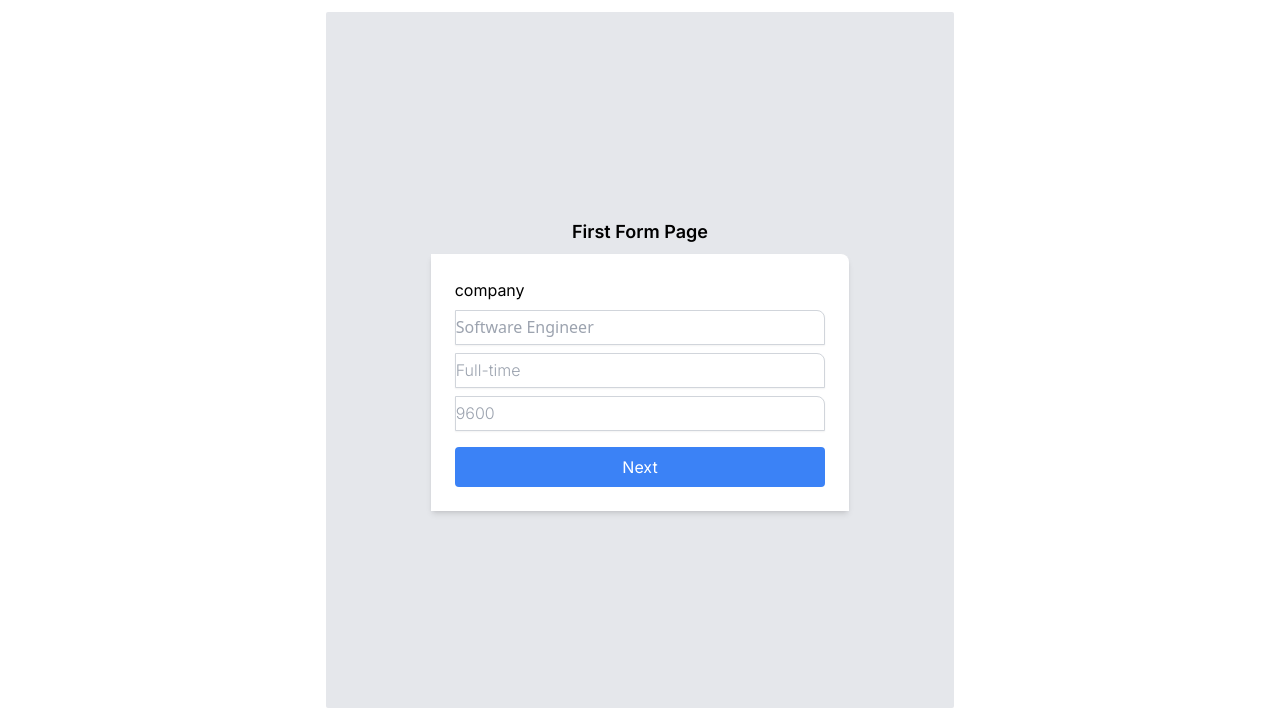
Repository: Abdibaye/Job-Sphere
Page: /form
The author's editor kept a copy of each file at every save. The page is drawn from the files as they stood at one save, then again after the next save.
The browser window is 1280 px wide. The pictures show the whole page.
The project was rebuilt for these pictures with package versions that can differ from the ones it lists, and the page was loaded fresh each time. Also part of the build but not shown: vite.config.js, src/components/search.jsx, src/components/navbar.jsx, src/pages/descriptionpage.jsx, src/components/job.jsx, src/components/feed.jsx, src/components/saved.jsx, src/components/filter.jsx and 4 more.

Above is the page before, as saved 2025-02-23 12:04:34.

### index.html
<!doctype html>
<html lang="en">
  <head>
    <meta charset="UTF-8" />
    <link rel="icon" type="image/svg+xml" href="/vite.svg" />

    <link rel="preconnect" href="https://fonts.googleapis.com">
    <link rel="preconnect" href="https://fonts.gstatic.com" crossorigin>
    <link href="https://fonts.googleapis.com/css2?family=Inter:ital,opsz,wght@0,14..32,100..900;1,14..32,100..900&family=Open+Sans:ital,wght@0,300..800;1,300..800&family=Poppins:wght@100;200;300;400;600;700&display=swap" rel="stylesheet">

    <meta name="viewport" content="width=device-width, initial-scale=1.0" />
    <title>Vite + React</title>
  </head>
  <body>
    <div id="root"></div>
    <script type="module" src="/src/main.jsx"></script>
  </body>
</html>

### src/main.jsx
import { StrictMode } from 'react'
import { createRoot } from 'react-dom/client'
import './index.css'
import App from './App.jsx'
import Description from './pages/descriptionpage.jsx'
import HomePage from './pages/homepage.jsx'

createRoot(document.getElementById('root')).render(
  <StrictMode>
    <App />
  </StrictMode>,
)

### src/App.jsx
import Navbar from "./components/navbar";
import Description from "./pages/descriptionpage";
import HomePage from "./pages/homepage";
import LoginPage from "./pages/loginpage";
import SignUp from "./pages/Signup";
import { BrowserRouter, Routes, Route, Outlet } from "react-router-dom";
import Feed from "./components/feed";
import Forms from "./pages/formpage";

function App() {
  return (
    <BrowserRouter>
      <Routes>
        {/* Default route for login */}
        <Route path="/" element={<LoginPage />} />

        {/* Nested routes under Navbar */}
        <Route path="/navbar" element={<Navbar />}>
          <Route index element={<HomePage    />} /> {/* Default child route */}
          <Route path="description" element={<Description />} /> {/* Relative path */}
        </Route>

        {/* Signup route */}
        <Route path="/signup" element={<SignUp />} />


        <Route path='/form' element = {<Forms />} />
      </Routes>
    </BrowserRouter>
  );
}

export default App;

### src/pages/formpage.jsx
import { BrowserRouter, Routes, Route, Link, Outlet } from "react-router-dom";
import Form from "../components/form";
import { useState } from "react";



function Forms(){
    const [step, setStep] = useState(1);

    // const [data, setData] = useState({
    //     name: '',
    //     placeholder: '',
    // });

    // setData = (value) => {
    //     value.name = value;
    // }

    // setData("abdi")

    // console.log(data.name);


    return(
        <>
        <div>
        <section>
            {step === 0 &&
             <Form prob1={"Title"} prob2={"Type"} prob3={"Salary"}  />}
        </section>
        <section>
            {step === 1 && <Form prob1={"company"} prob2={""} />
             }

        </section>
        </div>
        </>
    )


}



export default Forms;

### src/components/form.jsx
import { useFormik } from "formik";
import { formvalidation } from "./formvalidation";
import { useState } from "react";

const initialValues = {
  title: '',
  type: '',
  salary: ''
};

function Form({prob1, prob2, prob3}) {



  const { values, handleBlur, handleChange, handleSubmit, errors } = useFormik({
    initialValues,
    validationSchema: formvalidation,
    onSubmit: (values) => {
      console.log(values);
    },
  });

  return (
    <div className="h-screen font-inter flex justify-center p-3">
      <div className="bg-gray-200 w-1/2 rounded-sm flex flex-col justify-center items-center">

        <h1 className="m-2 font-semibold text-lg">First Form Page</h1>
          <form
          onSubmit={handleSubmit}
          className="bg-white w-2/3 h-fit flex flex-col justify-center p-6 rounded-tr-lg shadow-md"
        >

          <label className="mb-2">{prob1}</label>
          <input
            name="title"
            value={values.title}
            onChange={handleChange}
            onBlur={handleBlur}
            className="h-[35px] border border-gray-300 rounded-tr-lg shadow-sm focus:outline-none font-sans font-light"
            type="text"
            placeholder="Software Engineer"
          />
          {errors.title && <small className="text-red-500">{errors.title}</small>}


          <label className="mb-2">{prob2}</label>
          <input
            name="type"
            value={values.type}
            onChange={handleChange}
            onBlur={handleBlur}
            className="h-[35px] border border-gray-300 rounded-tr-lg shadow-sm focus:outline-none font-light"
            type="text"
            placeholder="Full-time"
          />
          {errors.type && <small className="text-red-500">{errors.type}</small>}


          <label className="mb-2">{prob3}</label>
          <input
            name="salary"
            value={values.salary}
            onChange={handleChange}
            onBlur={handleBlur}
            className="h-[35px] border border-gray-300 rounded-tr-lg shadow-sm focus:outline-none font-light"
            type="text"
            placeholder="9600"
          />
          {errors.salary && <small className="text-red-500">{errors.salary}</small>}



          <button
            type="submit"
            className="mt-4 bg-blue-500 text-white py-2 px-4 rounded hover:bg-blue-600 transition-colors"
          >
            Next
          </button>
        </form>

      </div>
    </div>
  );
}

export default Form;

### src/components/formvalidation.jsx
import * as Yup from 'yup'

export const formvalidation = Yup.object({
    title: Yup.string().min(3).required("Enter title"),
    type: Yup.string().min(3).required("Enter Salary"),
    salary: Yup.number().min(1).required('please enter salary')
})

### tailwind.config.js
/** @type {import('tailwindcss').Config} */
export default {
  content: [
    "./index.html",
    "./src/**/*.{js,ts,jsx,tsx}",
  ],
  theme: {
    extend: {
      fontFamily: {
        'inter': ['Inter', 'sans-serif'],
      },
    },
  },
  plugins: [],
}

Loaded but not shown: src/index.css (common file)

After the next save:
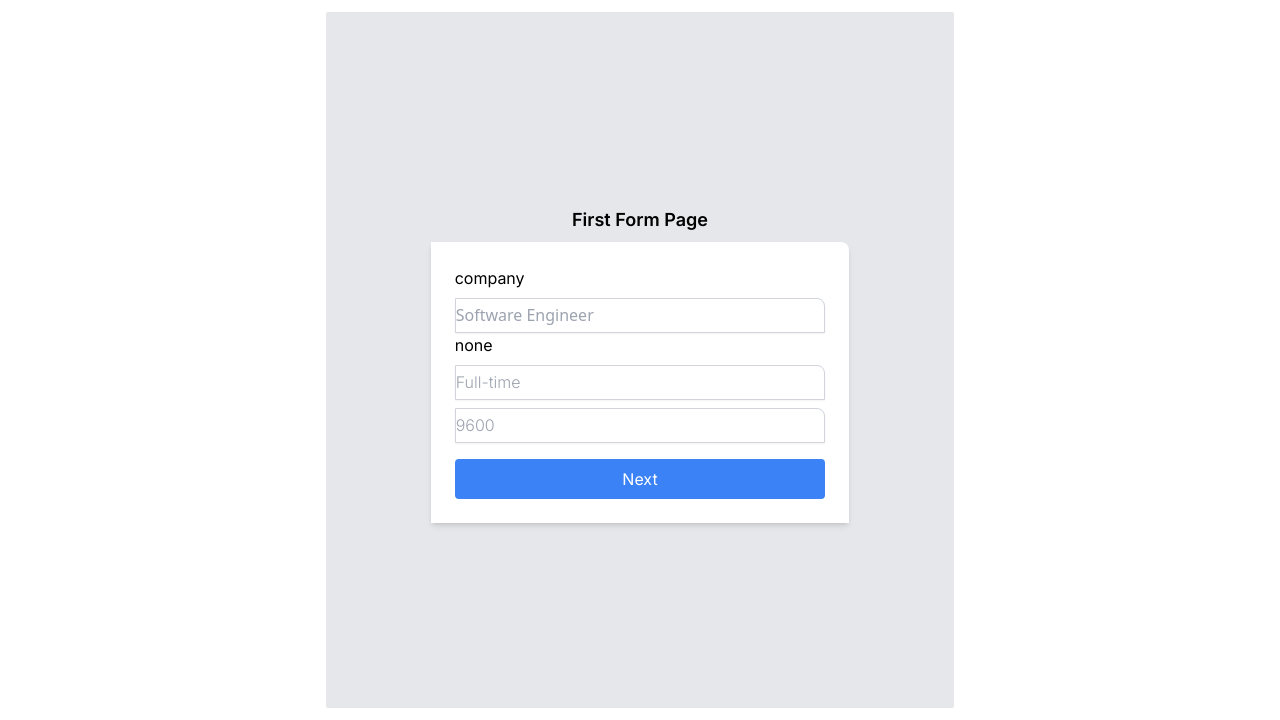
Saved 11 s later.
--- a/src/pages/formpage.jsx
+++ b/src/pages/formpage.jsx
@@ -29,7 +29,7 @@ function Forms(){
              <Form prob1={"Title"} prob2={"Type"} prob3={"Salary"}  />}
         </section>
         <section>
-            {step === 1 && <Form prob1={"company"} prob2={""} />
+            {step === 1 && <Form prob1={"company"} prob2={"none"} />
              }
 
         </section>
